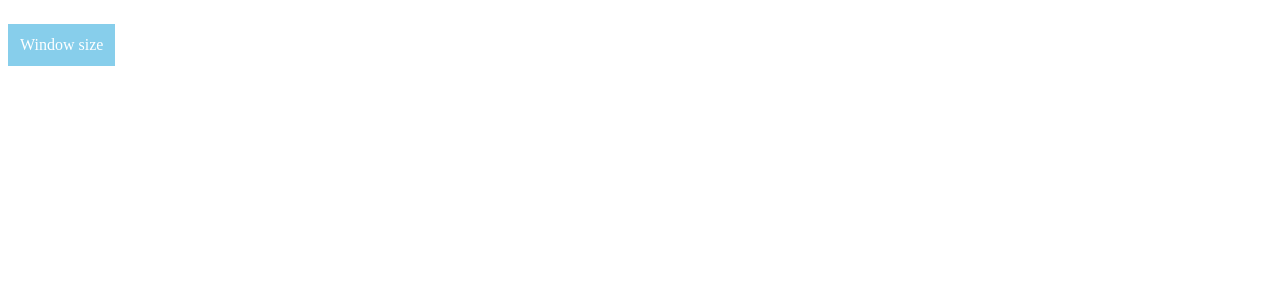
Repository: DongjaJ/Browser
Page: chap1/window_size.html
An editor plug-in stored every save of this project. The page is shown before and after the next save, followed by the edit.
The browser window is 1280 px wide. The pictures show the whole page.

Above is the page before, as saved 2022-06-29 15:23:53.

After the next save:
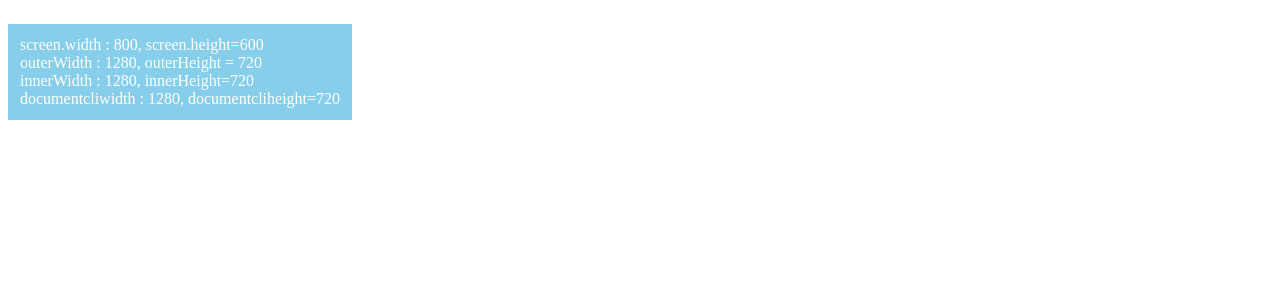
Saved 81 s later.
--- a/chap1/window_size.html
+++ b/chap1/window_size.html
@@ -19,15 +19,18 @@
 	<div class="tag">Window size</div>
 		<script>
 			const tag=document.querySelector('.tag');
-			window.addEventListener('resize',()=>{
+			function update(){
 				tag.innerHTML=`
 				screen.width : ${window.screen.width}, screen.height=${window.screen.height} <br/>
 				outerWidth  : ${window.outerWidth}, outerHeight = ${window.outerHeight}  <br/>
 				innerWidth : ${window.innerWidth}, innerHeight=${window.innerHeight}  <br/>
 				documentcliwidth : ${document.documentElement.clientWidth}, documentcliheight=${document.documentElement.clientHeight}  <br/>
 				`;
+			}
+			window.addEventListener('resize',()=>{
+				update();
 			});
-
+			update();
 		</script>
 
 </body>
